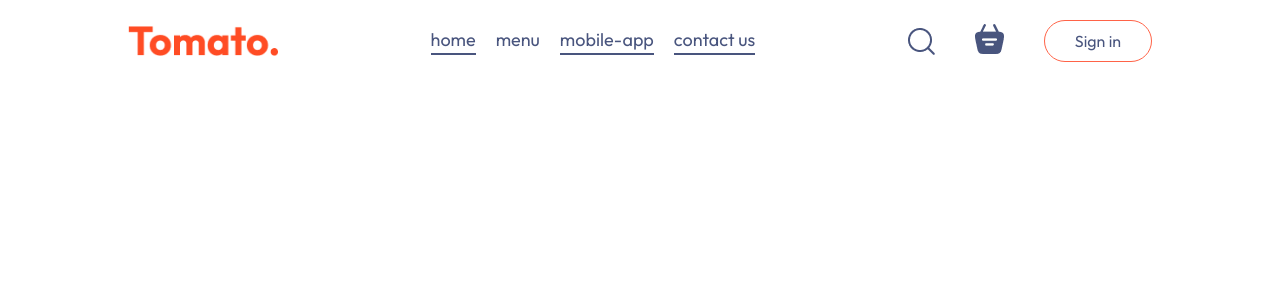
Repository: KartikChouhan03/food-delivery-app
Page: / (app in frontend/)
These files come from the project's save history. The page is drawn as it stood at one moment and after the next save; the edit follows.
The browser window is 1280 px wide. The pictures show the whole page.
Some web fonts or font styles are not loaded; a fallback is used. The project was rebuilt for these pictures with package versions that can differ from the ones it lists, and the page was loaded fresh each time. Also part of the build but not shown: frontend/vite.config.js.

Above is the page before, as saved 2025-08-15 18:36:53.

### frontend/index.html
<!doctype html>
<html lang="en">
  <head>
    <meta charset="UTF-8" />
    <link rel="icon" type="image/svg+xml" href="" />
    <meta name="viewport" content="width=device-width, initial-scale=1.0" />
    <title>Foodify</title>
  </head>
  <body>
    <div id="root"></div>
    <script type="module" src="/src/main.jsx"></script>
  </body>
</html>

### frontend/src/index.css

@import url('https://fonts.googleapis.com/css2?family=Montserrat:ital,wght@0,100..900;1,100..900&family=Outfit:wght@100..900&family=Playfair+Display:ital,wght@0,400..900;1,400..900&display=swap');


*{
  padding: 0;
  margin: 0;
  box-sizing: border-box;
  font-family: Outfit;
}

body{
  min-height: 100vh;
}

a{
  text-decoration: none;
  color: inherit;
}

.app{
  width: 80%;
  margin: auto;
}

### frontend/src/App.jsx
import React from 'react'
import Navbar from './components/Navbar/Navbar'

const App = () => {
  return (
    <div className='app'>
      <Navbar/>
    </div>
  )
}

export default App

### frontend/src/components/Navbar/Navbar.jsx
import React, { useState } from 'react'
import './Navbar.css'
import {assets} from '../../assets/assets.js'


const Navbar = () => {

  const [menu,setMenu] = useState("home");


  return (
    <div className='navbar'>
      <img className='logo' src={assets.logo} alt="" />
      <ul className='navbar-menu'>
        <li className={menu==="home"?"active":""}>home</li>
        <li className={menu==="menu"?"active":""}>menu</li>
        <li className={menu==="home"?"active":""}>mobile-app</li>
        <li className={menu==="home"?"active":""}>contact us</li>
      </ul>
      <div className="navbar-right">
        <img src={assets.search_icon} alt="" />
        <div className='navbar-search-icon'>
          <img src={assets.basket_icon} alt="" />
          <div className='dot'></div>
        </div>
        <button>Sign in</button>
      </div>
    </div>
  )
}

export default Navbar

### frontend/src/components/Navbar/Navbar.css
.navbar{
    padding: 20px 0px;
    display: flex;
    justify-content: space-between;
    align-items: center;
}

.navbar .logo{
    width: 150px;
}

.navbar-menu{
    display: flex;
    list-style: none;
    gap: 20px;
    color: #49557e;
    font-size: 18px;
}

.navbar-right{
    display: flex;
    align-items: center;
    gap: 40px;
}

.navbar button{
    background: transparent;
    font-size: 16px;
    color: #49557e;
    border: 1px solid tomato;
    padding: 10px 30px;
    border-radius: 50px;
    cursor: pointer;
    transition: 0.4s;
}

.navbar button:hover{
    background-color: #fff4f2;
}

.navbar .active{
    padding-bottom: 2px;
    border-bottom: 2px solid #49557e;
}

### frontend/src/assets/assets.js
import basket_icon from './basket_icon.png'
import logo from './logo.png'
import header_img from './header_img.png'
import search_icon from './search_icon.png'
import menu_1 from './menu_1.png'
import menu_2 from './menu_2.png'
import menu_3 from './menu_3.png'
import menu_4 from './menu_4.png'
import menu_5 from './menu_5.png'
import menu_6 from './menu_6.png'
import menu_7 from './menu_7.png'
import menu_8 from './menu_8.png'

import food_1 from './food_1.png'
import food_2 from './food_2.png'
import food_3 from './food_3.png'
import food_4 from './food_4.png'
import food_5 from './food_5.png'
import food_6 from './food_6.png'
import food_7 from './food_7.png'
import food_8 from './food_8.png'
import food_9 from './food_9.png'
import food_10 from './food_10.png'
import food_11 from './food_11.png'
import food_12 from './food_12.png'
import food_13 from './food_13.png'
import food_14 from './food_14.png'
import food_15 from './food_15.png'
import food_16 from './food_16.png'
import food_17 from './food_17.png'
import food_18 from './food_18.png'
import food_19 from './food_19.png'
import food_20 from './food_20.png'
import food_21 from './food_21.png'
import food_22 from './food_22.png'
import food_23 from './food_23.png'
import food_24 from './food_24.png'
import food_25 from './food_25.png'
import food_26 from './food_26.png'
import food_27 from './food_27.png'
import food_28 from './food_28.png'
import food_29 from './food_29.png'
import food_30 from './food_30.png'
import food_31 from './food_31.png'
import food_32 from './food_32.png'

import add_icon_white from './add_icon_white.png'
import add_icon_green from './add_icon_green.png'
import remove_icon_red from './remove_icon_red.png'
import app_store from './app_store.png'
import play_store from './play_store.png'
import linkedin_icon from './linkedin_icon.png'
import facebook_icon from './facebook_icon.png'
import twitter_icon from './twitter_icon.png'
import cross_icon from './cross_icon.png'
import selector_icon from './selector_icon.png'
import rating_starts from './rating_starts.png'
import profile_icon from './profile_icon.png'
import bag_icon from './bag_icon.png'
import logout_icon from './logout_icon.png'
import parcel_icon from './parcel_icon.png'

export const assets = {
    logo,
    basket_icon,
    header_img,
    search_icon,
    rating_starts,
    add_icon_green,
    add_icon_white,
    remove_icon_red,
    app_store,
    play_store,
    linkedin_icon,
    facebook_icon,
    twitter_icon,
    cross_icon,
    selector_icon,
    profile_icon,
    logout_icon,
    bag_icon,
    parcel_icon
}

export const menu_list = [
    {
        menu_name: "Salad",
        menu_image: menu_1
    },
    {
        menu_name: "Rolls",
        menu_image: menu_2
    },
    {
        menu_name: "Deserts",
        menu_image: menu_3
    },
    {
        menu_name: "Sandwich",
        menu_image: menu_4
    },
    {
        menu_name: "Cake",
        menu_image: menu_5
    },
    {
        menu_name: "Pure Veg",
        menu_image: menu_6
    },
    {
        menu_name: "Pasta",
        menu_image: menu_7
    },
    {
        menu_name: "Noodles",
        menu_image: menu_8
    }]

export const food_list = [
    {
        _id: "1",
        name: "Greek salad",
        image: food_1,
        price: 12,
        description: "Food provides essential nutrients for overall health and well-being",
        category: "Salad"
    },
    {
        _id: "2",
        name: "Veg salad",
        image: food_2,
        price: 18,
        description: "Food provides essential nutrients for overall health and well-being",
        category: "Salad"
    }, {
        _id: "3",
        name: "Clover Salad",
        image: food_3,
        price: 16,
        description: "Food provides essential nutrients for overall health and well-being",
        category: "Salad"
    }, {
        _id: "4",
        name: "Chicken Salad",
        image: food_4,
        price: 24,
        description: "Food provides essential nutrients for overall health and well-being",
        category: "Salad"
    }, {
        _id: "5",
        name: "Lasagna Rolls",
        image: food_5,
        price: 14,
        description: "Food provides essential nutrients for overall health and well-being",
        category: "Rolls"
    }, {
        _id: "6",
        name: "Peri Peri Rolls",
        image: food_6,
        price: 12,
        description: "Food provides essential nutrients for overall health and well-being",
        category: "Rolls"
    }, {
        _id: "7",
        name: "Chicken Rolls",
        image: food_7,
        price: 20,
        description: "Food provides essential nutrients for overall health and well-being",
        category: "Rolls"
    }, {
        _id: "8",
        name: "Veg Rolls",
        image: food_8,
        price: 15,
        description: "Food provides essential nutrients for overall health and well-being",
        category: "Rolls"
    }, {
        _id: "9",
        name: "Ripple Ice Cream",
        image: food_9,
        price: 14,
        description: "Food provides essential nutrients for overall health and well-being",
        category: "Deserts"
    }, {
        _id: "10",
        name: "Fruit Ice Cream",
        image: food_10,
        price: 22,
        description: "Food provides essential nutrients for overall health and well-being",
        category: "Deserts"
    }, {
        _id: "11",
        name: "Jar Ice Cream",
        image: food_11,
        price: 10,
        description: "Food provides essential nutrients for overall health and well-being",
        category: "Deserts"
    }, {
        _id: "12",
        name: "Vanilla Ice Cream",
        image: food_12,
        price: 12,
        description: "Food provides essential nutrients for overall health and well-being",
        category: "Deserts"
    },
    {
        _id: "13",
        name: "Chicken Sandwich",
        image: food_13,
        price: 12,
        description: "Food provides essential nutrients for overall health and well-being",
        category: "Sandwich"
    },
    {
        _id: "14",
        name: "Vegan Sandwich",
        image: food_14,
        price: 18,
        description: "Food provides essential nutrients for overall health and well-being",
        category: "Sandwich"
    }, {
        _id: "15",
        name: "Grilled Sandwich",
        image: food_15,
        price: 16,
        description: "Food provides essential nutrients for overall health and well-being",
        category: "Sandwich"
    }, {
        _id: "16",
        name: "Bread Sandwich",
        image: food_16,
        price: 24,
        description: "Food provides essential nutrients for overall health and well-being",
        category: "Sandwich"
    }, {
        _id: "17",
        name: "Cup Cake",
        image: food_17,
        price: 14,
        description: "Food provides essential nutrients for overall health and well-being",
        category: "Cake"
    }, {
        _id: "18",
        name: "Vegan Cake",
        image: food_18,
        price: 12,
        description: "Food provides essential nutrients for overall health and well-being",
        category: "Cake"
    }, {
        _id: "19",
        name: "Butterscotch Cake",
        image: food_19,
        price: 20,
        description: "Food provides essential nutrients for overall health and well-being",
        category: "Cake"
    }, {
        _id: "20",
        name: "Sliced Cake",
        image: food_20,
        price: 15,
        description: "Food provides essential nutrients for overall health and well-being",
        category: "Cake"
    }, {
        _id: "21",
        name: "Garlic Mushroom ",
        image: food_21,
        price: 14,
        description: "Food provides essential nutrients for overall health and well-being",
        category: "Pure Veg"
    }, {
        _id: "22",
        name: "Fried Cauliflower",
        image: food_22,
        price: 22,
        description: "Food provides essential nutrients for overall health and well-being",
        category: "Pure Veg"
    }, {
        _id: "23",
        name: "Mix Veg Pulao",
        image: food_23,
        price: 10,
        description: "Food provides essential nutrients for overall health and well-being",
        category: "Pure Veg"
    }, {
        _id: "24",
        name: "Rice Zucchini",
        image: food_24,
        price: 12,
        description: "Food provides essential nutrients for overall health and well-being",
        category: "Pure Veg"
    },
    {
        _id: "25",
        name: "Cheese Pasta",
        image: food_25,
        price: 12,
        description: "Food provides essential nutrients for overall health and well-being",
        category: "Pasta"
    },
    {
        _id: "26",
        name: "Tomato Pasta",
        image: food_26,
        price: 18,
        description: "Food provides essential nutrients for overall health and well-being",
        category: "Pasta"
    }, {
        _id: "27",
        name: "Creamy Pasta",
        image: food_27,
        price: 16,
        description: "Food provides essential nutrients for overall health and well-being",
        category: "Pasta"
    }, {
        _id: "28",
        name: "Chicken Pasta",
        image: food_28,
        price: 24,
        description: "Food provides essential nutrients for overall health and well-being",
        category: "Pasta"
    }, {
        _id: "29",
        name: "Buttter Noodles",
        image: food_29,
        price: 14,
        description: "Food provides essential nutrients for overall health and well-being",
        category: "Noodles"
    }, {
        _id: "30",
        name: "Veg Noodles",
        image: food_30,
        price: 12,
        description: "Food provides essential nutrients for overall health and well-being",
        category: "Noodles"
    }, {
        _id: "31",
        name: "Somen Noodles",
        image: food_31,
        price: 20,
        description: "Food provides essential nutrients for overall health and well-being",
        category: "Noodles"
    }, {
        _id: "32",
        name: "Cooked Noodles",
        image: food_32,
        price: 15,
        description: "Food provides essential nutrients for overall health and well-being",
        category: "Noodles"
    }
]

Loaded but not shown: frontend/src/main.jsx (common file)

After the next save:
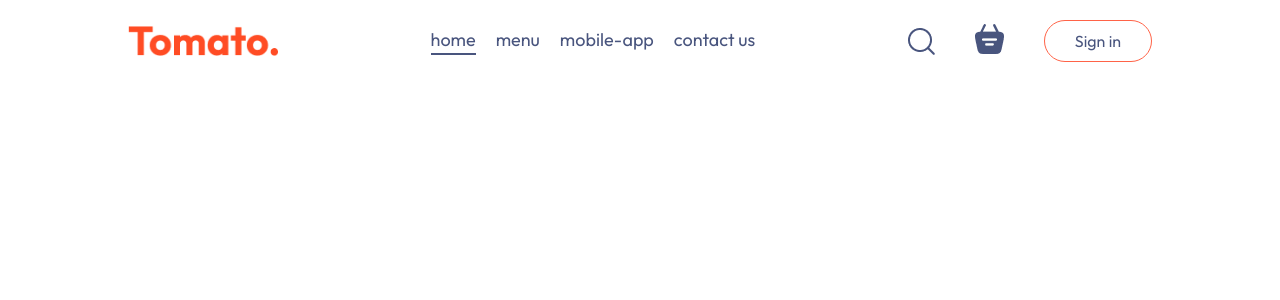
Saved 32 s later.
--- a/frontend/src/components/Navbar/Navbar.jsx
+++ b/frontend/src/components/Navbar/Navbar.jsx
@@ -14,8 +14,8 @@ const Navbar = () => {
       <ul className='navbar-menu'>
         <li className={menu==="home"?"active":""}>home</li>
         <li className={menu==="menu"?"active":""}>menu</li>
-        <li className={menu==="home"?"active":""}>mobile-app</li>
-        <li className={menu==="home"?"active":""}>contact us</li>
+        <li className={menu==="mobile-app"?"active":""}>mobile-app</li>
+        <li className={menu==="contact us"?"active":""}>contact us</li>
       </ul>
       <div className="navbar-right">
         <img src={assets.search_icon} alt="" />
